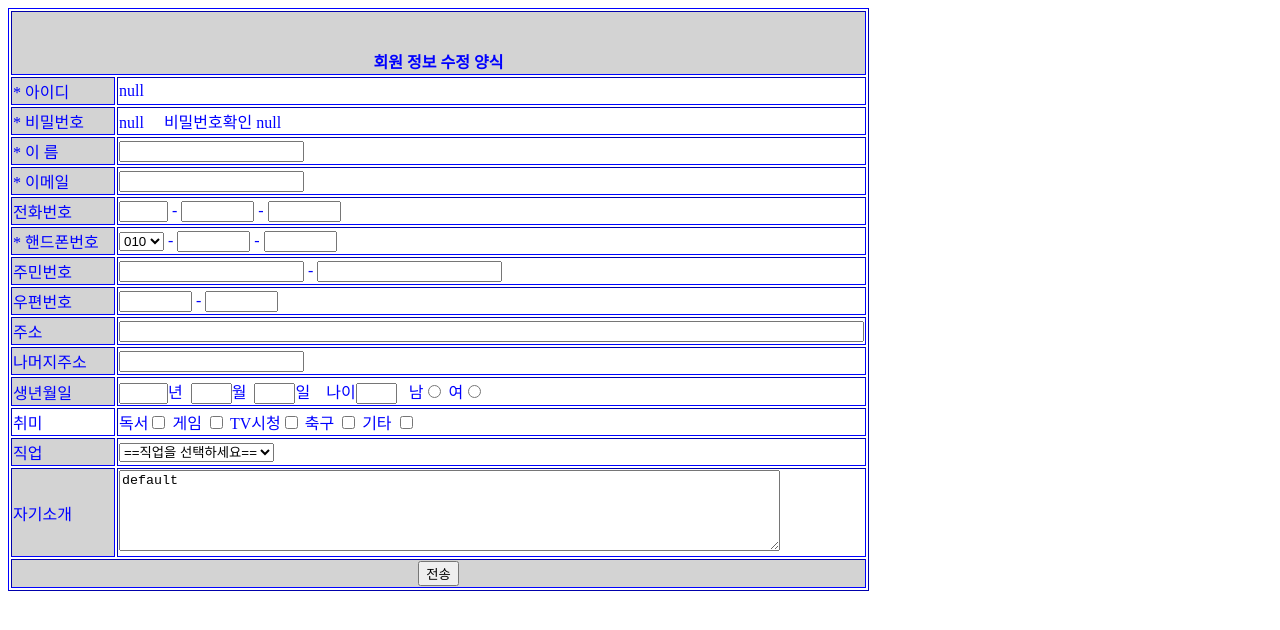
Repository: vkfkstptkd1/WebProgramming
Page: http://localhost/ch3_FormTag/In_Form_ok.jsp
The author's editor kept a copy of each file at every save. The page is drawn from the files as they stood at one save, then again after the next save.
The browser window is 1280 px wide. The pictures show the whole page.
The page is served by Tomcat 9.

Above is the page before, as saved 2021-03-20 09:45:29.

### ch3_FormTag/WebContent/In_Form_ok.jsp
<%@ page language="java" contentType="text/html; charset=EUC-KR"
    pageEncoding="EUC-KR"%>
<%  request.setCharacterEncoding("euc-kr");  %><!--한글입력전송받을때이거반드시필요.-->
<!DOCTYPE html>
<html>
<head>
<meta charset="EUC-KR">
<title>Insert title here</title>
<style type="text/css">
.style1{border-color:blue;color:blue;}
.style0{color:blue;background-color:lightgrey;}
</style>
</head>
<body>
	<table class="style1" border="1">
	<tr><th class="style0" colspan=2><br><br>회원 정보 수정 양식</th></tr><!--표제목  -->
	<tr><td class="style0" width= "100"> * 아이디</td>
		<td width="500"> <%=request.getParameter("id") %></td>
	</tr>
	<tr><td class="style0"> * 비밀번호</td>
		<td class="style1"> <%=request.getParameter("pwd") %> &nbsp;&nbsp;&nbsp;&nbsp;비밀번호확인 <%=request.getParameter("pwdok") %>
		</td>
	</tr>
	<tr><td class="style0"> * 이 름</td>
		<td class="style1"> <input type="text" name="name"></td>
	</tr>
	<tr><td class="style0"> * 이메일</td>
		<td class="style1"> <input type="text" name="email"></td>
	</tr>
	<tr><td class="style0"> 전화번호</td>
		<td class="style1"><input type="text" name="homenumber" size=3>
			-
			<input type="text" name="homenumber" size=6>
			-
			<input type="text" name="homenumber" size=6>
		</td>
	</tr>
	<tr><td class="style0"> * 핸드폰번호</td>
		<td class="style1">
		<SELECT NAME="phonenumber1">
		<OPTION VALUE="010">010</OPTION>
		<OPTION VALUE="011">011</OPTION>
		<OPTION VALUE="012">012</OPTION>
		</SELECT>
		-
		<input type="text" name="phonenumber2" size=6>
		-
		<input type="text" name="phonenumber3" size=6>
		</td>
	</tr>
	<tr><td class="style0"> 주민번호</td>
		<td class="style1">
			 <input type="text" name="ssn1">
			 -
			 <input type="text" name="ssn2">
		</td>
	</tr>
	<tr><td class="style0"> 우편번호</td>
		<td class="style1">
			 <input type="text" name="pn1" size=6>
			 -
			 <input type="text" name="pn2" size=6></td>
	</tr>
	<tr><td class="style0"> 주소</td>
		<td class="style1"> <input type="text" name="ad" size=90 ></td>
	</tr>
	<tr><td class="style0"> 나머지주소</td>
		<td class="style1"> <input type="text" name="remainderad"></td>
	</tr>
	<tr><td class="style0"> 생년월일</td>
		<td> <input type="text" name="year" size=3>년&nbsp;
			 <input type="text" name="month" size=2>월&nbsp;
			 <input type="text" name="day" size=2>일&nbsp;&nbsp;&nbsp;
			 나이<input type="text" name="age" size=2>&nbsp;&nbsp;
			 남<input type="radio" name="gender" value="남">
			 여<input type="radio" name="gender" value="여">
		</td>
	</tr>
	<tr><td class="style1"> 취미</td>
		<td class="style1">
			 독서<input type="checkbox" name="hobby" value="독서">
			 게임	<input type="checkbox" name="hobby" value="게임">
		   TV시청<input type="checkbox" name="hobby" value="TV시청">
			 축구	<input type="checkbox" name="hobby" value="축구">
			 기타	<input type="checkbox" name="hobby" value="기타">
		</td>
	</tr>
	<tr><td class="style0"> 직업</td>
		<td >
		<SELECT NAME="job">
         <OPTION VALUE="">==직업을 선택하세요==</OPTION>
         <OPTION VALUE="학생">학생</OPTION>
         <OPTION VALUE="회사원">회사원</OPTION>
         <OPTION VALUE="군인">군인</OPTION>
         <OPTION VALUE="기타">기타</OPTION>
	    </SELECT>
	    </td>
	</tr>
	<tr><td class="style0"> 자기소개</td>
		<td class="style1">
		<textarea name="intro" rows=5 cols=80 >default</textarea>
		</td>
	</tr>
	<tr>
		<td class="style0" colspan="2"><center><input type="submit" value="전송" ></center></td>
	</tr>
	</table>

</body>
</html>

After the next save:
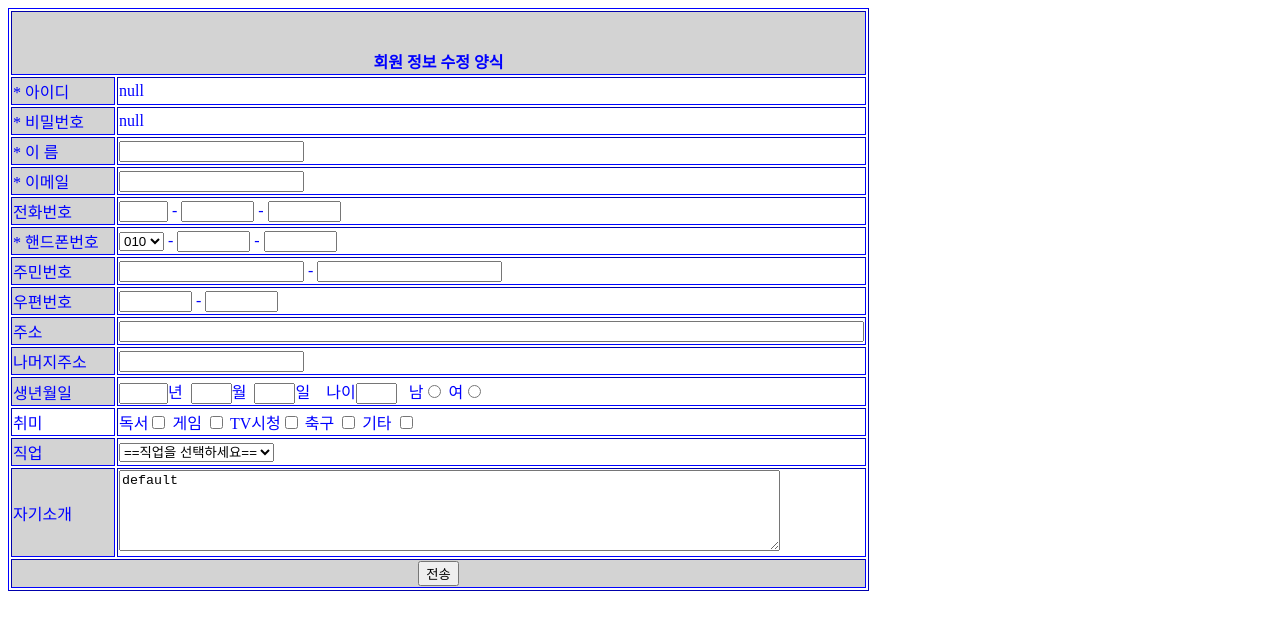
Saved 48 s later.
--- a/ch3_FormTag/WebContent/In_Form_ok.jsp
+++ b/ch3_FormTag/WebContent/In_Form_ok.jsp
@@ -18,7 +18,7 @@
 		<td width="500"> <%=request.getParameter("id") %></td>
 	</tr>
 	<tr><td class="style0"> * 비밀번호</td>
-		<td class="style1"> <%=request.getParameter("pwd") %> &nbsp;&nbsp;&nbsp;&nbsp;비밀번호확인 <%=request.getParameter("pwdok") %>
+		<td class="style1"> <%=request.getParameter("pwd") %>
 		</td>
 	</tr>
 	<tr><td class="style0"> * 이 름</td>
